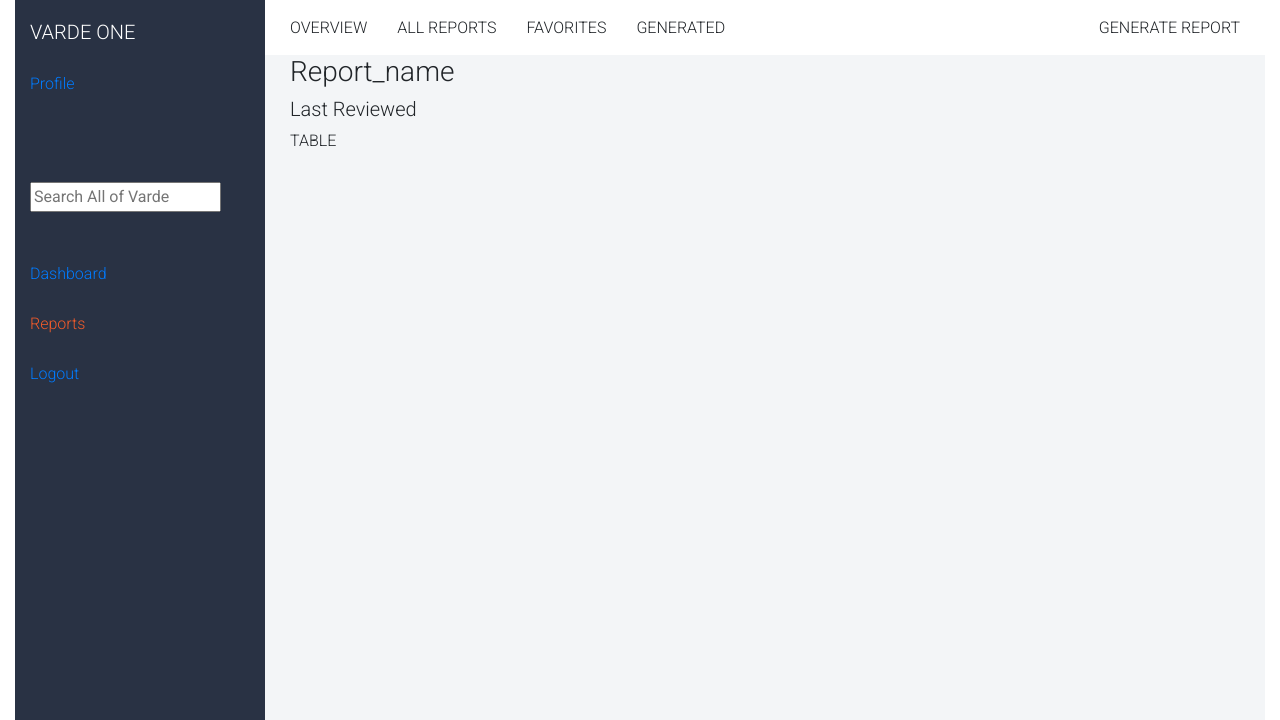
Repository: slavishtipkov/cra-redux
Page: /reports
The author's editor kept a copy of each file at every save. The page is drawn from the files as they stood at one save, then again after the next save.
The browser window is 1280 px wide. The pictures show the whole page.
The project was rebuilt for these pictures with package versions that can differ from the ones it lists, and the page was loaded fresh each time.

Above is the page before, as saved 2019-07-09 14:01:00.

### src/index.js
import React from "react";
import ReactDOM from "react-dom";
import { BrowserRouter as Router } from "react-router-dom";

import * as serviceWorker from "./serviceWorker";

import "@fortawesome/fontawesome-free/css/all.min.css";
import "bootstrap-css-only/css/bootstrap.min.css";
import "mdbreact/dist/css/mdb.css";

import App from "./Components/App";

import "./index.css";

ReactDOM.render(
  <Router>
    <App />
  </Router>,
  document.getElementById("root")
);

// If you want your app to work offline and load faster, you can change
// unregister() to register() below. Note this comes with some pitfalls.
// Learn more about service workers: https://bit.ly/CRA-PWA
serviceWorker.unregister();

### src/index.css
@import-normalize;

#root {
  max-width: 1360px;
  min-width: 960px;
  margin: 0 auto;
}

### src/Components/App/App.js
import React, { Suspense, lazy } from "react";
import { Route, Switch } from "react-router-dom";

import SideBar from "../Common/SideBar";

import "./App.scss";

const Login = lazy(() => import("../../Containers/Login"));
const Profile = lazy(() => import("../../Containers/Profile"));
const Dashboard = lazy(() => import("../../Containers/Dashboard"));
const Reports = lazy(() => import("../../Containers/Reports"));
const NotFound = lazy(() => import("../Common/NotFound"));

const App = ({ childProps }) => {
  return (
    <div className="container-fluid">
      <SideBar />
      <Suspense fallback={<div>Loading...</div>}>
        <Switch>
          <Route path="/" exact component={Login} props={childProps} />
          <Route path="/profile" exact component={Profile} props={childProps} />
          <Route
            path="/dashboard"
            exact
            component={Dashboard}
            props={childProps}
          />
          <Route path="/reports" exact component={Reports} props={childProps} />
          <Route component={NotFound} />
        </Switch>
      </Suspense>
    </div>
  );
};

export default App;

### src/Components/App/App.scss
.container-fluid {
  width: 100%;
  height: 100vh;

  display: flex;
  align-items: stretch;

  .side-bar {
    width: 20%;
  }

  .page {
    width: 80%;
    background-color: #f3f5f7;

    .page-header {
      .page-header-nav {
        background-color: #ffffff;
        height: 55px;
        line-height: 55px;
        display: flex;
        justify-content: space-between;
        ul {
          display: flex;
          margin: 0;
          padding: 0;

          padding-left: 25px;

          li {
            display: block;
            margin-right: 30px;
          }
        }

        .generate-button {
          margin-right: 25px;
        }
      }
      .page-header-content {
        padding-left: 25px;
      }
    }

    .page-content {
      padding-left: 25px;
    }
  }
}

### src/Containers/Reports/index.js
import Reports from "./Reports";

export default Reports;

### src/Components/Common/SideBar/SideBar.js
import React from "react";
import { NavLink } from "react-router-dom";

import "./sideBar.scss";
import { MDBContainer, MDBRow, MDBCol } from "mdbreact";
const SideBar = () => {
  const activeStyle = { color: "#F15B2A" };

  return (
    <nav className="side-bar">
      <h5 className="heading">VARDE ONE</h5>
      <div className="profile-section">
        <NavLink to="/profile" activeStyle={activeStyle}>
          Profile
        </NavLink>
      </div>
      <div className="search-bar">
        <input type="text" placeholder="Search All of Varde" />
      </div>
      <div className="main-links">
        <NavLink to="/dashboard" activeStyle={activeStyle}>
          Dashboard
        </NavLink>
        <NavLink to="/reports" activeStyle={activeStyle} exact>
          Reports
        </NavLink>
      </div>
      <NavLink to="/logout" activeStyle={activeStyle}>
        Logout
      </NavLink>
    </nav>
  );
};

export default SideBar;

### src/Containers/Reports/Reports.js
import React from "react";

const Reports = () => (
  <div className="reports-page page">
    <div className="reports-page-header page-header">
      <div className="page-header-nav">
        <ul>
          <li>OVERVIEW</li>
          <li>ALL REPORTS</li>
          <li>FAVORITES</li>
          <li>GENERATED</li>
        </ul>
        <div className="generate-button">GENERATE REPORT</div>
      </div>
      <div className="page-header-content">
        <h3>Report_name</h3>
      </div>
    </div>
    <div className="page-content">
      <h5>Last Reviewed</h5>
      <div className="table">TABLE</div>
    </div>
  </div>
);

export default Reports;

### src/Components/Common/SideBar/sideBar.scss
.side-bar {
  display: flex;
  flex-direction: column;

  padding-left: 15px;
  padding-right: 15px;
  background-color: #293244;

  .heading {
    padding-top: 20px;
    padding-bottom: 20px;
    color: white;
  }

  .profile-section {
    height: 90px;
    margin-bottom: 20px;
  }

  .serach-bar {
    padding-top: 20px;
    margin-bottom: 50px;

    input {
      display: inline;
    }
  }

  .main-links {
    display: flex;
    flex-direction: column;
    margin-top: 50px;

    a {
      height: 50px;
      text-decoration: none;
    }
  }
}

Loaded but not shown: public/index.html (common file); src/serviceWorker.js (common file); src/Components/App/index.js (common file); src/Components/Common/SideBar/index.js (common file)

After the next save:
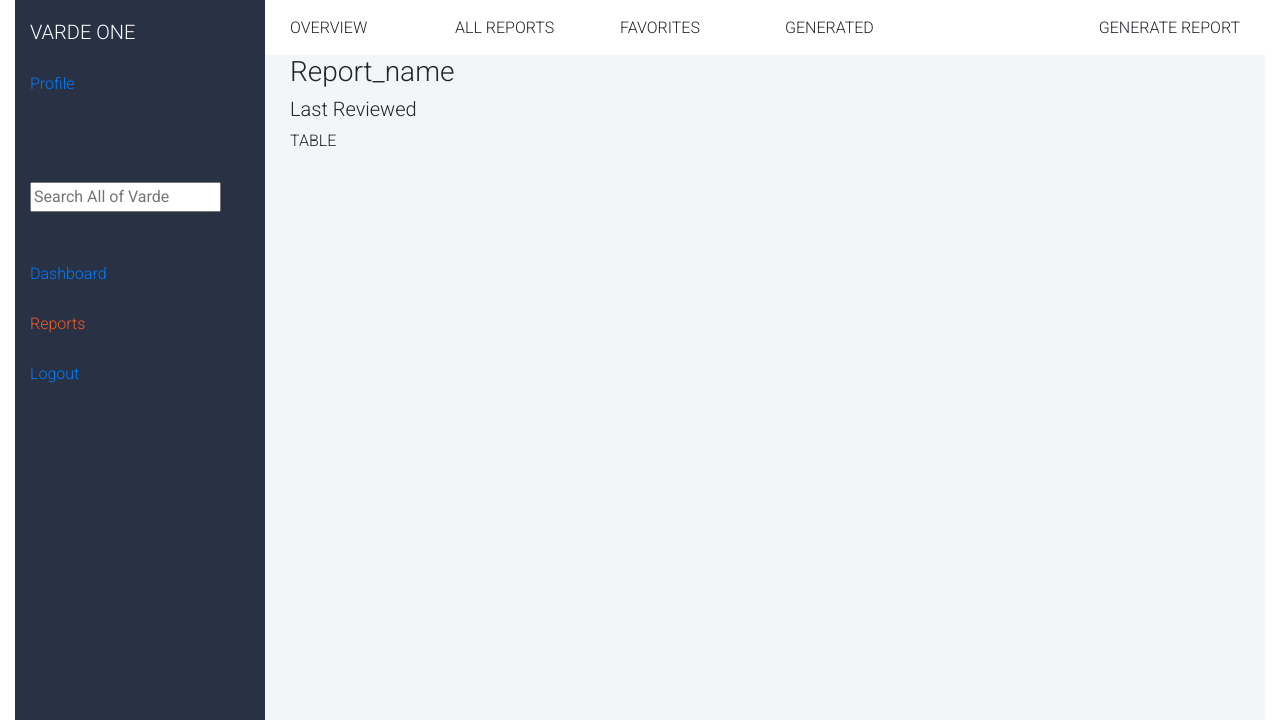
Saved 2 min 43 s later.
--- a/src/Components/App/App.scss
+++ b/src/Components/App/App.scss
@@ -30,11 +30,13 @@
           li {
             display: block;
             margin-right: 30px;
+            width: 135px;
           }
         }
 
         .generate-button {
           margin-right: 25px;
+          height: 30px;
         }
       }
       .page-header-content {
